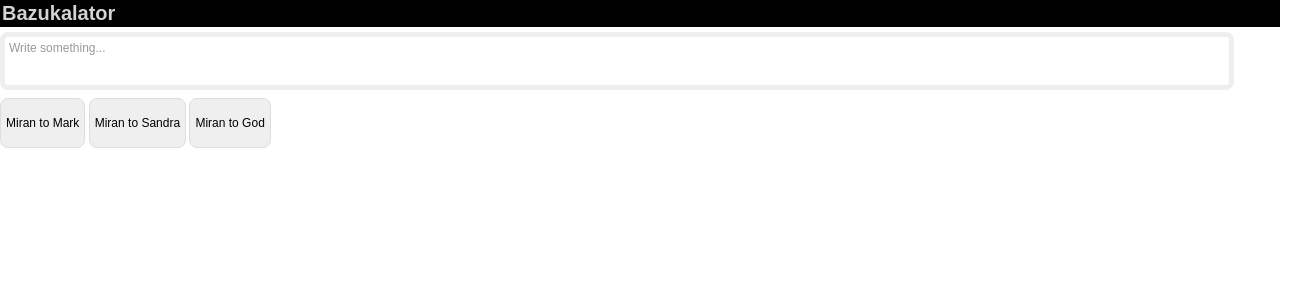
Repository: mbadzak/bazukalator
Page: Bazukalator/assets/www/index.html
An editor plug-in stored every save of this project. The page is shown before and after the next save, followed by the edit.
The browser window is 1280 px wide. The page is 1280 px wide, then 1298 px, so the pictures cover 1298 px, including what lies to the right of the window. The pictures show the whole page.

Above is the page before, as saved 2012-10-14 06:01:13.

After the next save:
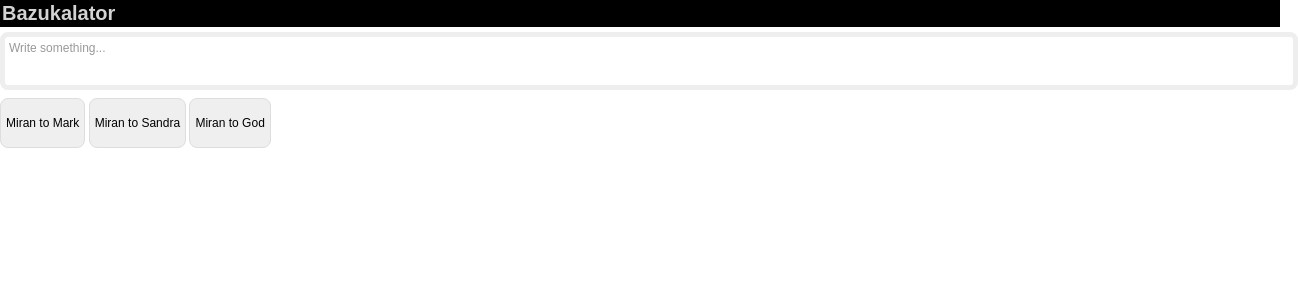
Saved 27 s later.
--- a/Bazukalator/assets/www/index.html
+++ b/Bazukalator/assets/www/index.html
@@ -45,7 +45,7 @@ body {
               id="msg"
               onFocus="utl_clear_text_field(this, 'Write something...');"
               class="generic_box"
-              style="width: 95%; height: 40px; border: 5px solid #eeeeee; z-index: 1;"
+              style="width: 100%; height: 40px; border: 5px solid #eeeeee; z-index: 1;"
               autocomplete="off">Write something...</textarea>
   </div>
   <div style="margin-top: 5px;">
